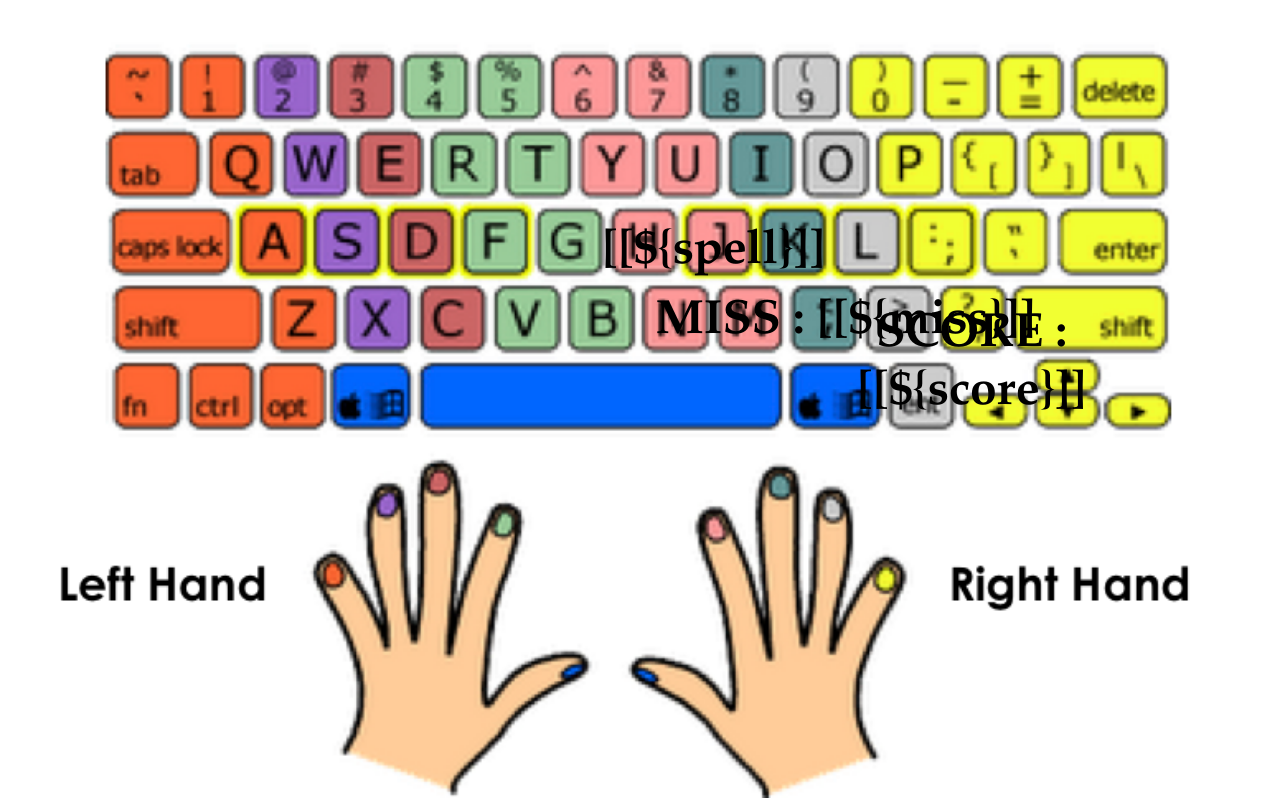
Repository: thaddeas01/typingskill
Page: src/main/resources/templates/single.html
The author's editor kept a copy of each file at every save. The page is drawn from the files as they stood at one save, then again after the next save.
The browser window is 1280 px wide. The pictures show the whole page.

Above is the page before, as saved 2023-01-14 00:46:20.
Console error: SyntaxError: Unexpected token '{'

### src/main/resources/templates/single.html
<head>
  <title>Game Application by Pentagon</title>
</head>

<body>
  <div id="app"></div>

  <p class="word1"><b> [[${spell}]] </b></p>
  <p class="word2"><b> MISS : [[${miss}]] </b></p>
  <p class="word3"><b> SCORE : [[${score}]] </b></p>
  <form th:action="@{/hantei(prob=${spell},miss=${miss},score=${score})}" method="post" class="input">
    <input type="text" name="answer" id="firstinput">
  </form>
</body>

<style>
  body {
      background-image: url('gamebacks.png');
      background-repeat: no-repeat;
      background-size: cover;
    }

    .word1{
      font-size: 3em;
      width: 400px;
      height: 100px;
      font-family: "garamond", serif;
      position: relative;
      text-align: center;
      top: 20%;
      left: 40%;
      display: inline-block;
      margin-top: 1rem;
    }
    .word2{
      font-size: 3em;
      width: 400px;
      height: 100px;
      font-family: "garamond", serif;
      position: relative;
      text-align: center;
      top: 30%;
      left: 18.5%;
      display: inline-block;
      margin-top: 1rem;
    }
    .word3{
      font-size: 3em;
      width: 400px;
      height: 100px;
      font-family: "garamond", serif;
      position: relative;
      text-align: center;
      top: 40%;
      left: -3.5%;
      display: inline-block;
      margin-top: 1rem;
    }
    .input{
      width: 400px;
      height: 200px;
      font-family: "garamond", serif;
      position: relative;
      text-align: center;
      top: 50%;
      left: -25%;
      display: inline-block;
      margin-top: 1rem;
    }
  .base-timer {
    position: relative;
    width: 150px;
    height: 150px;
  }

  .base-timer__svg {
    transform: scaleX(-1);
  }

  .base-timer__circle {
    fill: none;
    stroke: none;
  }

  .base-timer__path-elapsed {
    stroke-width: 7px;
    stroke: grey;
  }

  .base-timer__path-remaining {
    stroke-width: 7px;
    stroke-linecap: round;
    transform: rotate(90deg);
    transform-origin: center;
    transition: 1s linear all;
    fill-rule: nonzero;
    stroke: currentColor;
  }

  .base-timer__path-remaining.green {
    color: rgb(65, 184, 131);
  }

  .base-timer__path-remaining.orange {
    color: orange;
  }

  .base-timer__path-remaining.red {
    color: red;
  }

  .base-timer__label {
    position: relative;
    top: -110px;
    width: 150px;
    height: 150px;
    display: flex;
    align-items: flex-start;
    justify-content: center;
    font-size: 48px;
  }
</style>
<script th:inline="javascript">
  const FULL_DASH_ARRAY = 300;
  const WARNING_THRESHOLD = 4;
  const ALERT_THRESHOLD = 2;

  const COLOR_CODES = {
    info: {
      color: "green"
    },
    warning: {
      color: "orange",
      threshold: WARNING_THRESHOLD
    },
    alert: {
      color: "red",
      threshold: ALERT_THRESHOLD
    }
  };

  const TIME_LIMIT = 5;
  let timePassed = 0;
  let timeLeft = TIME_LIMIT;
  let timerInterval = null;
  let remainingPathColor = COLOR_CODES.info.color;
  var miss = [[${ miss }]];
  var score = [[${ score }]];

  document.getElementById("app").innerHTML = `
<div class="base-timer">
  <svg class="base-timer__svg" viewBox="0 0 100 100" xmlns="http://www.w3.org/2000/svg">
    <g class="base-timer__circle">
      <circle class="base-timer__path-elapsed" cx="50" cy="50" r="45"></circle>
      <path
        id="base-timer-path-remaining"
        stroke-dasharray="283"
        class="base-timer__path-remaining ${remainingPathColor}"
        d="
          M 50, 50
          m -45, 0
          a 45,45 0 1,0 90,0
          a 45,45 0 1,0 -90,0
        "
      ></path>
    </g>
  </svg>
  <span id="base-timer-label" class="base-timer__label">${formatTime(
    timeLeft
  )}</span>
</div>
`;
  document.getElementById('firstinput').focus();
  startTimer();

  function startTimer() {
    timerInterval = setInterval(() => {
      timePassed = timePassed += 1;
      timeLeft = TIME_LIMIT - timePassed;
      document.getElementById("base-timer-label").innerHTML = formatTime(
        timeLeft
      );
      setCircleDasharray();
      setRemainingPathColor(timeLeft);

      if (timeLeft === 0) {
        clearInterval(timerInterval);
        setTimeout(function () {
          location.href = "/timeout?miss=" + miss + "&score=" + score
        }, 0);
      }
    }, 1000);
  }

  function formatTime(time) {
    const minutes = Math.floor(time / 60);
    let seconds = time % 60;

    if (seconds < 10) {
      seconds = `0${seconds}`;
    }

    return `${minutes}:${seconds}`;
  }

  function setRemainingPathColor(timeLeft) {
    const { alert, warning, info } = COLOR_CODES;
    if (timeLeft <= alert.threshold) {
      document
        .getElementById("base-timer-path-remaining")
        .classList.remove(warning.color);
      document
        .getElementById("base-timer-path-remaining")
        .classList.add(alert.color);
    } else if (timeLeft <= warning.threshold) {
      document
        .getElementById("base-timer-path-remaining")
        .classList.remove(info.color);
      document
        .getElementById("base-timer-path-remaining")
        .classList.add(warning.color);
    }
  }

  function calculateTimeFraction() {
    const rawTimeFraction = timeLeft / TIME_LIMIT;
    return rawTimeFraction - (1 / TIME_LIMIT) * (1 - rawTimeFraction);
  }

  function setCircleDasharray() {
    const circleDasharray = `${(
      calculateTimeFraction() * FULL_DASH_ARRAY
    ).toFixed(0)} 283`;
    document
      .getElementById("base-timer-path-remaining")
      .setAttribute("stroke-dasharray", circleDasharray);
  }
</script>

After the next save:
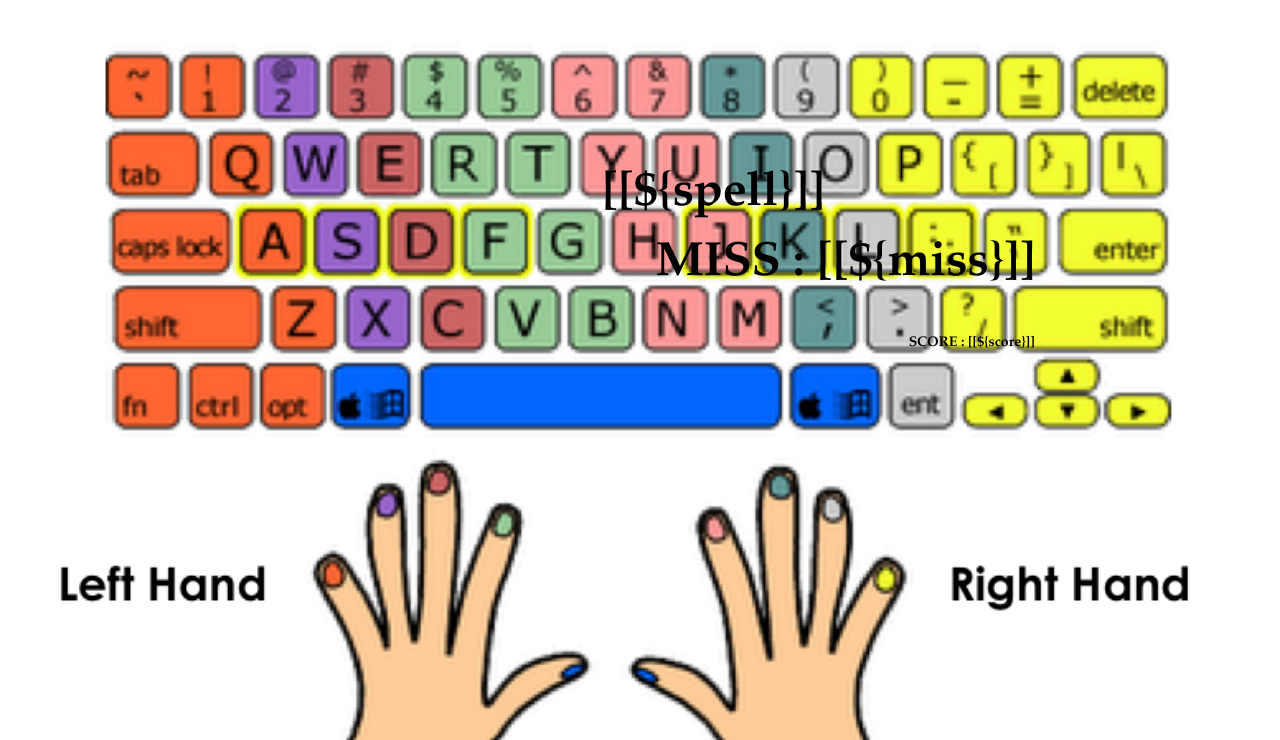
Saved 115 s later.
--- a/src/main/resources/templates/single.html
+++ b/src/main/resources/templates/single.html
@@ -45,7 +45,7 @@
       margin-top: 1rem;
     }
     .word3{
-      font-size: 3em;
+      font-size: 14px;
       width: 400px;
       height: 100px;
       font-family: "garamond", serif;

After the save that followed:
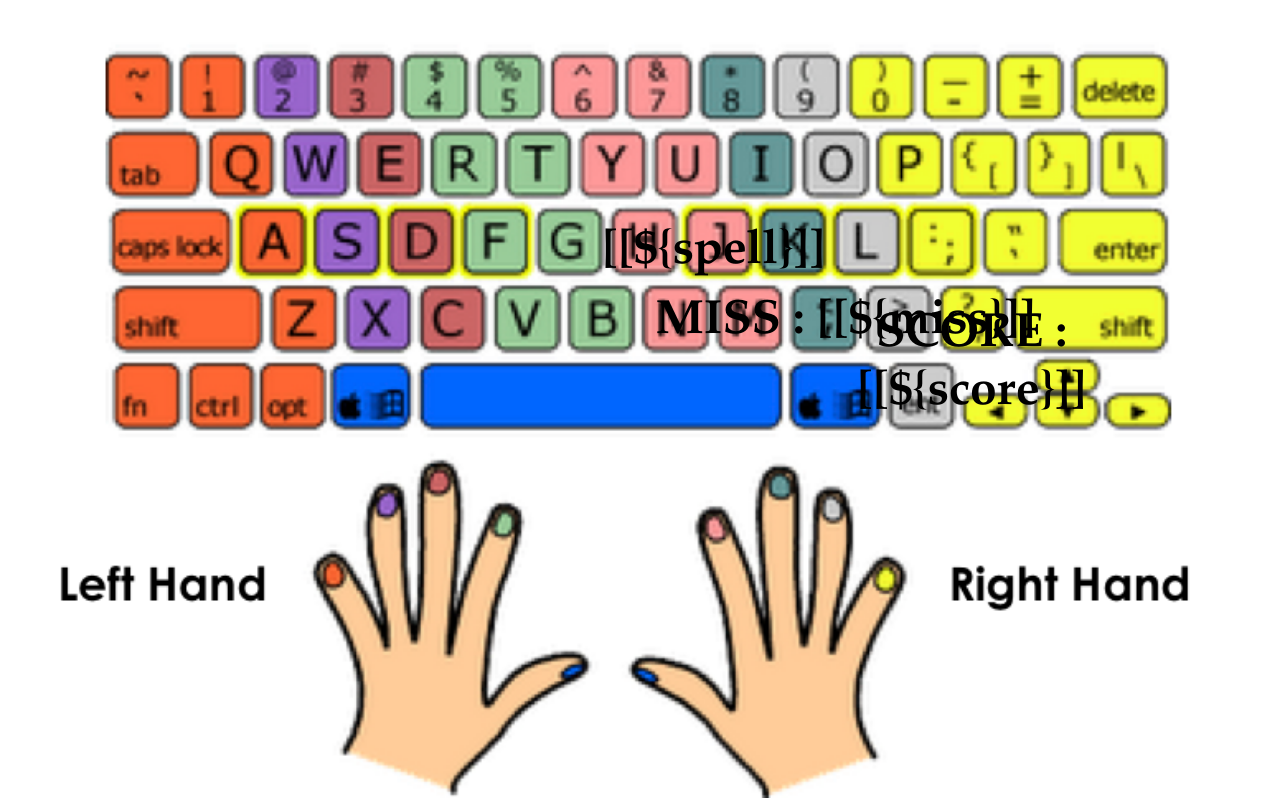
Saved 17 s later.
--- a/src/main/resources/templates/single.html
+++ b/src/main/resources/templates/single.html
@@ -45,7 +45,7 @@
       margin-top: 1rem;
     }
     .word3{
-      font-size: 14px;
+      font-size: 3em;
       width: 400px;
       height: 100px;
       font-family: "garamond", serif;
@@ -57,6 +57,7 @@
       margin-top: 1rem;
     }
     .input{
+      font-size: 15px;
       width: 400px;
       height: 200px;
       font-family: "garamond", serif;
